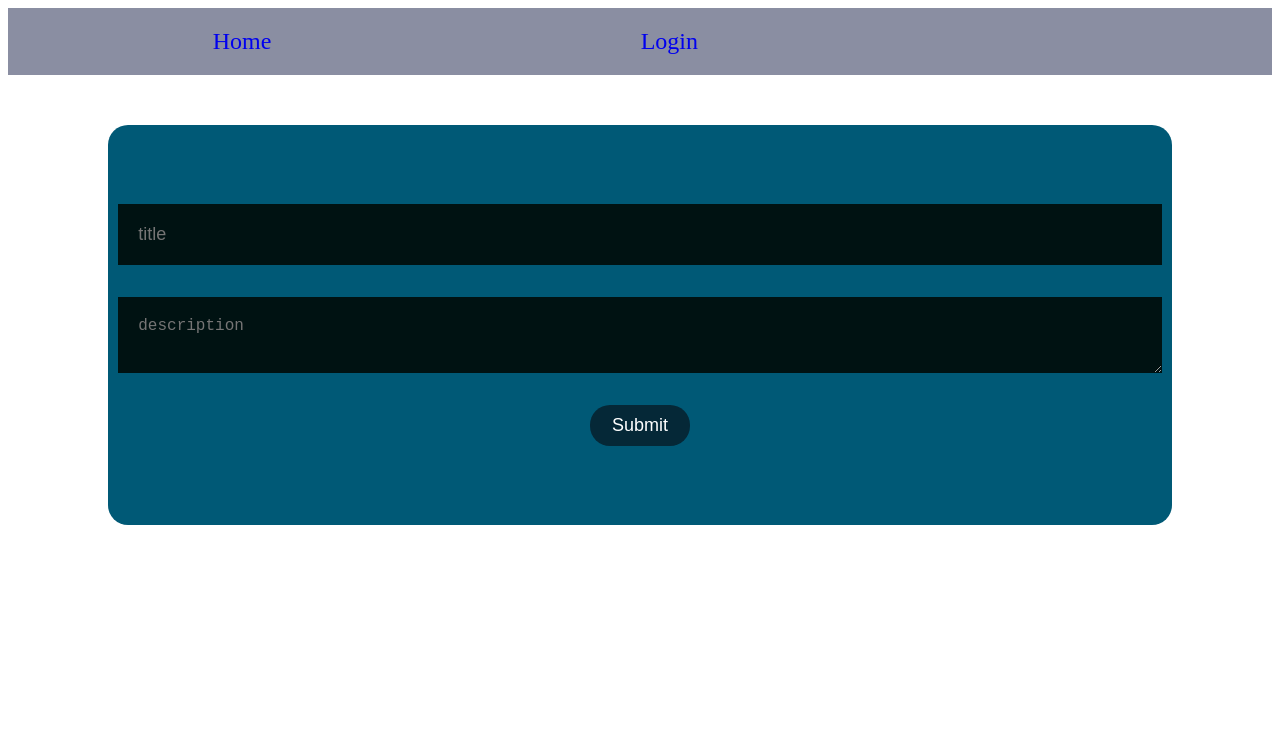
Repository: albinsabu2023/postapp
Page: /createpost
An editor plug-in stored every save of this project. The page is shown before and after the next save, followed by the edit.
The browser window is 1280 px wide. The pictures show the whole page.
The project was rebuilt for these pictures with package versions that can differ from the ones it lists, and the page was loaded fresh each time. Also part of the build but not shown: src/index.css, src/Components/main/PostCard.css, src/Components/main/PostCard.tsx, src/Components/main/Home.css, src/Components/main/Home.tsx, src/Components/Login.tsx.

Above is the page before, as saved 2024-02-06 03:15:48.

After the next save:
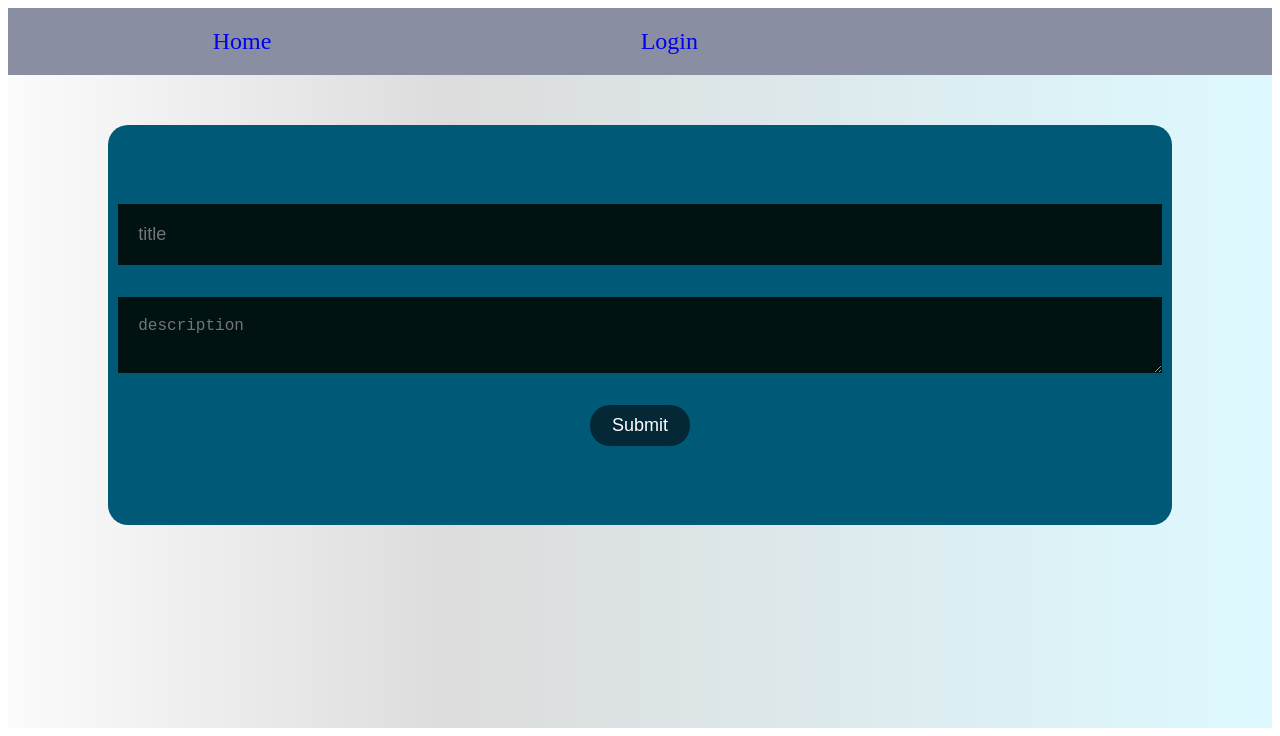
Saved 21 s later.
--- a/src/App.css
+++ b/src/App.css
@@ -1,5 +1,5 @@
 .App{
-
+  background: linear-gradient(90deg, rgb(251, 251, 251) 0%, rgb(220, 220, 220) 35%, rgb(221, 249, 255) 100%);
   height: 100vh;
 
 }

After the save that followed:
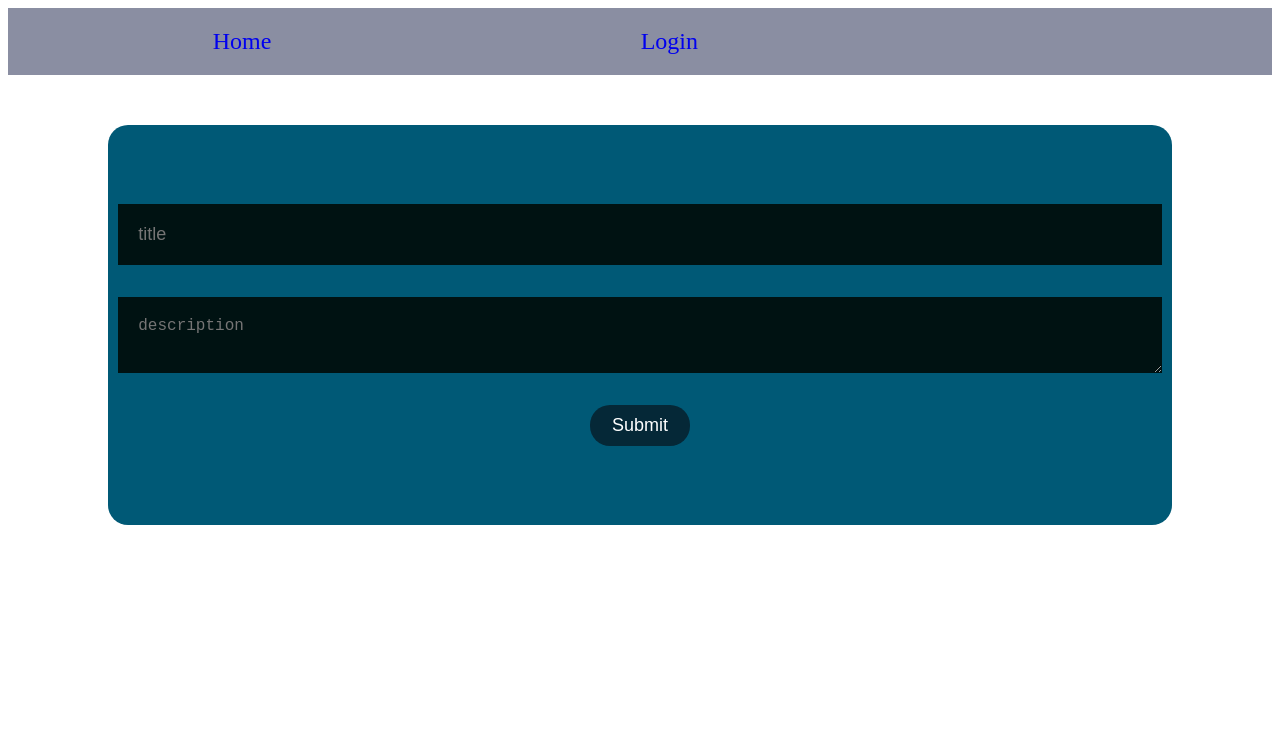
Saved 10 s later.
--- a/src/App.css
+++ b/src/App.css
@@ -1,5 +1,5 @@
 .App{
-  background: linear-gradient(90deg, rgb(251, 251, 251) 0%, rgb(220, 220, 220) 35%, rgb(221, 249, 255) 100%);
+
   height: 100vh;
 
 }
